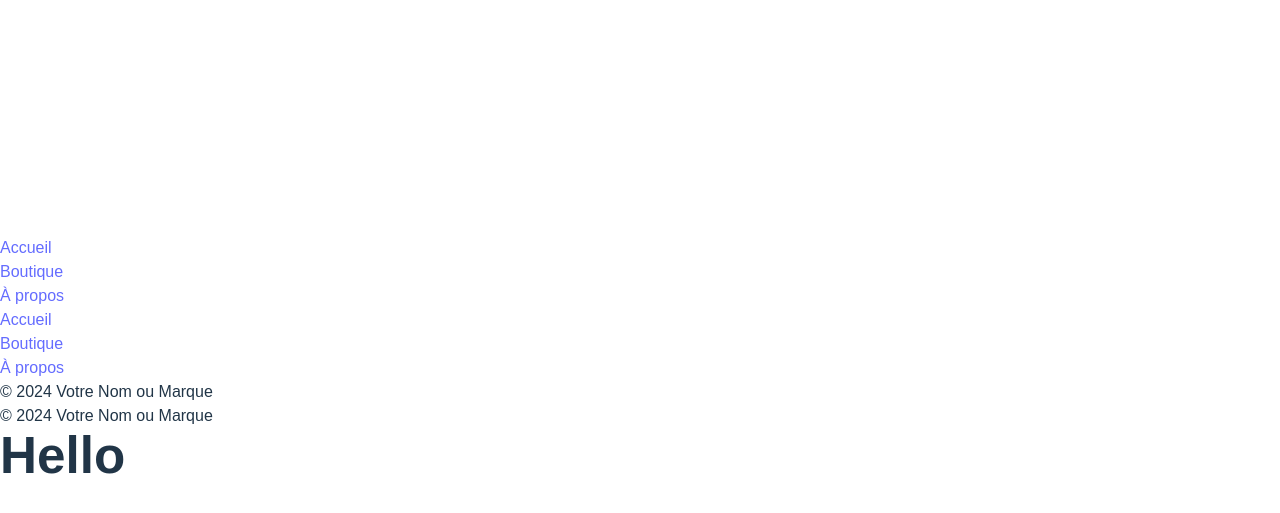
Repository: Dimple3377/kasa-project
Page: /layout
The author's editor kept a copy of each file at every save. The page is drawn from the files as they stood at one save, then again after the next save.
The browser window is 1280 px wide. The pictures show the whole page.
The project was rebuilt for these pictures with package versions that can differ from the ones it lists, and the page was loaded fresh each time. Also part of the build but not shown: vite.config.js, src/Components/Card.jsx, src/Pages/Home.jsx, src/Pages/Shop.jsx, src/Pages/About.jsx.

Above is the page before, as saved 2024-03-28 13:29:34.

### src/App.jsx
import "./App.css";
import { Routes, Route } from "react-router-dom";
import Layout from "./Pages/Layout";
import Home from "./Pages/Home";
import Shop from "./Pages/Shop";
import About from "./Pages/About";

function App() {
  return (
    <>
      <Layout>
        <Routes>
          <Route path="/" element={<Home />} />
          <Route path="/shop" element={<Shop />} />
          <Route path="/about" element={<About />} />
          <Route path="/layout" element={<Layout />} />
        </Routes>
      </Layout>
      <h1>Hello</h1>
      <div></div>
    </>
  );
}

export default App;

### src/App.css
* {
  margin: 0;
  padding: 0;
  box-sizing: border-box;
  font-family: Arial, Helvetica, sans-serif;
  border: none;
  outline: none;
}

body {
  min-height: 100vh;
  display: grid;
  place-items: center;
}

### src/Pages/Layout.jsx
import PropTypes from "prop-types";
import Header from "../Components/Header";
import Footer from "../Components/Footer";

function Layout({ children }) {
  return (
    <div>
      <Header />
      {children}
      <Footer />
    </div>
  );
}

Layout.propTypes = {
  children: PropTypes.node.isRequired,
};
export default Layout;

### src/Components/Header.jsx
import { Link } from "react-router-dom"; // Importez Link pour la navigation

function Header() {
  return (
    <header>
      <nav>
        <ul>
          <li>
            <Link to="/">Accueil</Link>
          </li>
          <li>
            <Link to="/shop">Boutique</Link>
          </li>
          <li>
            <Link to="/about">À propos</Link>
          </li>
          {/* Ajoutez d'autres liens de navigation ici si nécessaire */}
        </ul>
      </nav>
    </header>
  );
}

export default Header;

### src/Components/Footer.jsx
function Footer() {
  return (
    <footer>
      <p>&copy; {new Date().getFullYear()} Votre Nom ou Marque</p>
      {/* Vous pouvez ajouter d'autres éléments ici, comme des liens vers des pages de politique de confidentialité, etc. */}
    </footer>
  );
}

export default Footer;

### src/index.scss
* {
  background-color: red;
}

Loaded but not shown: index.html (common file); src/main.jsx (common file); src/index.css (common file)

After the next save:
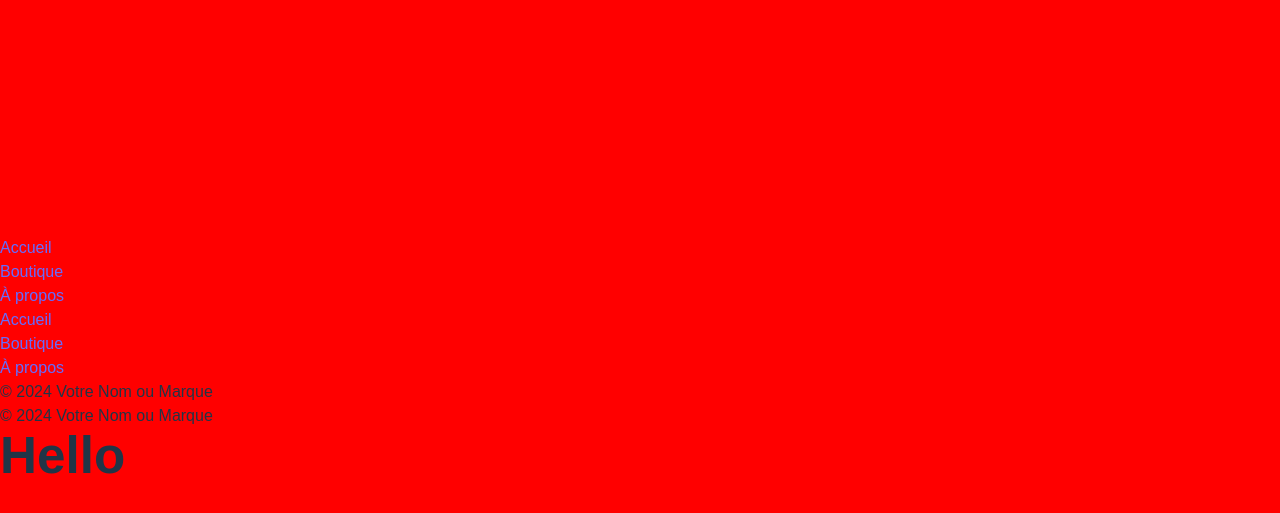
Saved 72 s later.
--- a/src/App.jsx
+++ b/src/App.jsx
@@ -1,3 +1,4 @@
+import "./index.scss";
 import "./App.css";
 import { Routes, Route } from "react-router-dom";
 import Layout from "./Pages/Layout";
